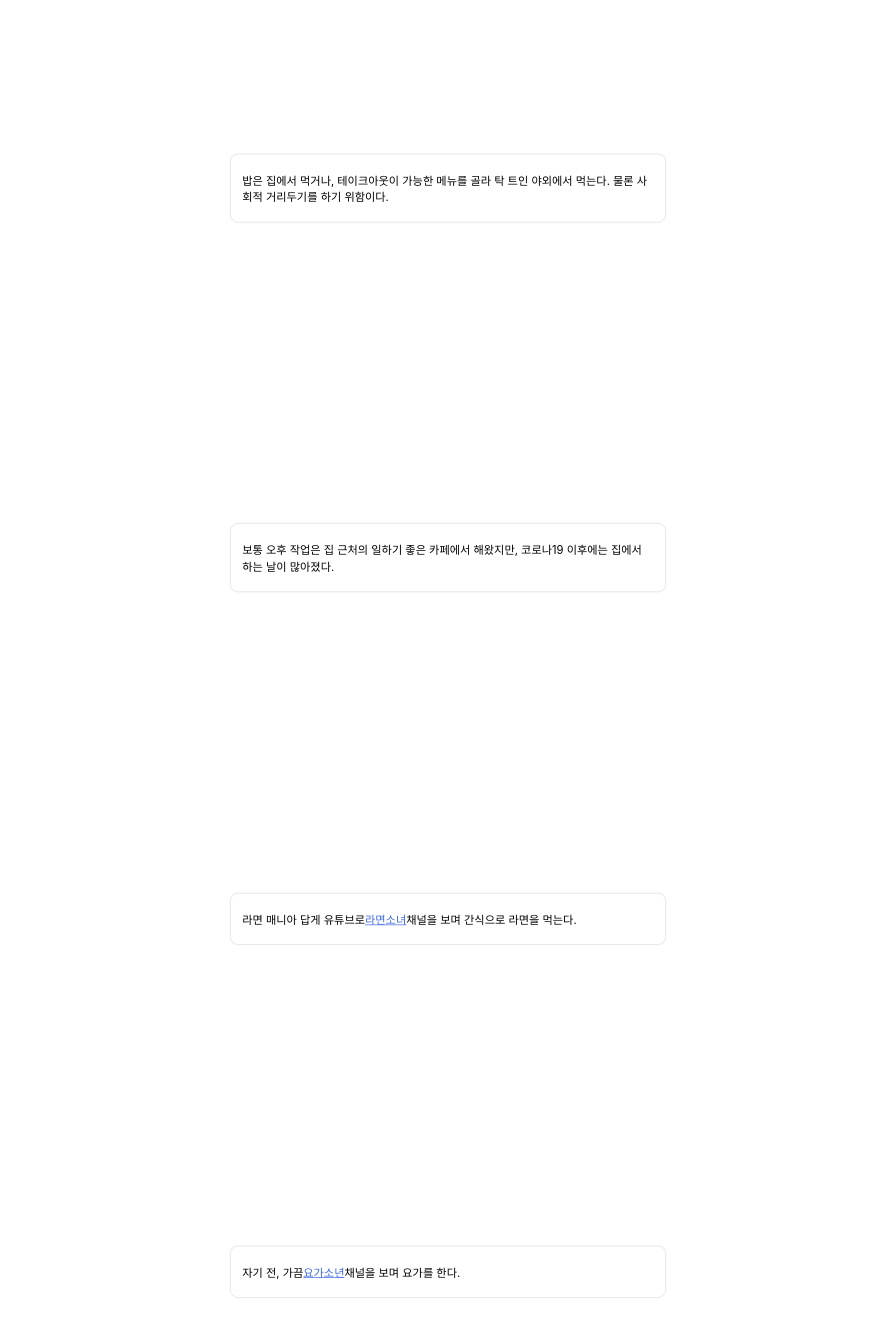
Repository: westone034626/ReactPractice
Page: /
The author's editor kept a copy of each file at every save. The page is drawn from the files as they stood at one save, then again after a run of saves.
The browser window is 1280 px wide. The pictures show the part of the page from y = 3404 to 5324 px (the page is 6694 px tall before and 6714 px after), at 70% of full size.
The project was rebuilt for these pictures with package versions that can differ from the ones it lists, and the page was loaded fresh each time. Also part of the build but not shown: src/App.css.

Above is the page before, as saved 2021-10-31 23:43:23.

After the next 2 saves:
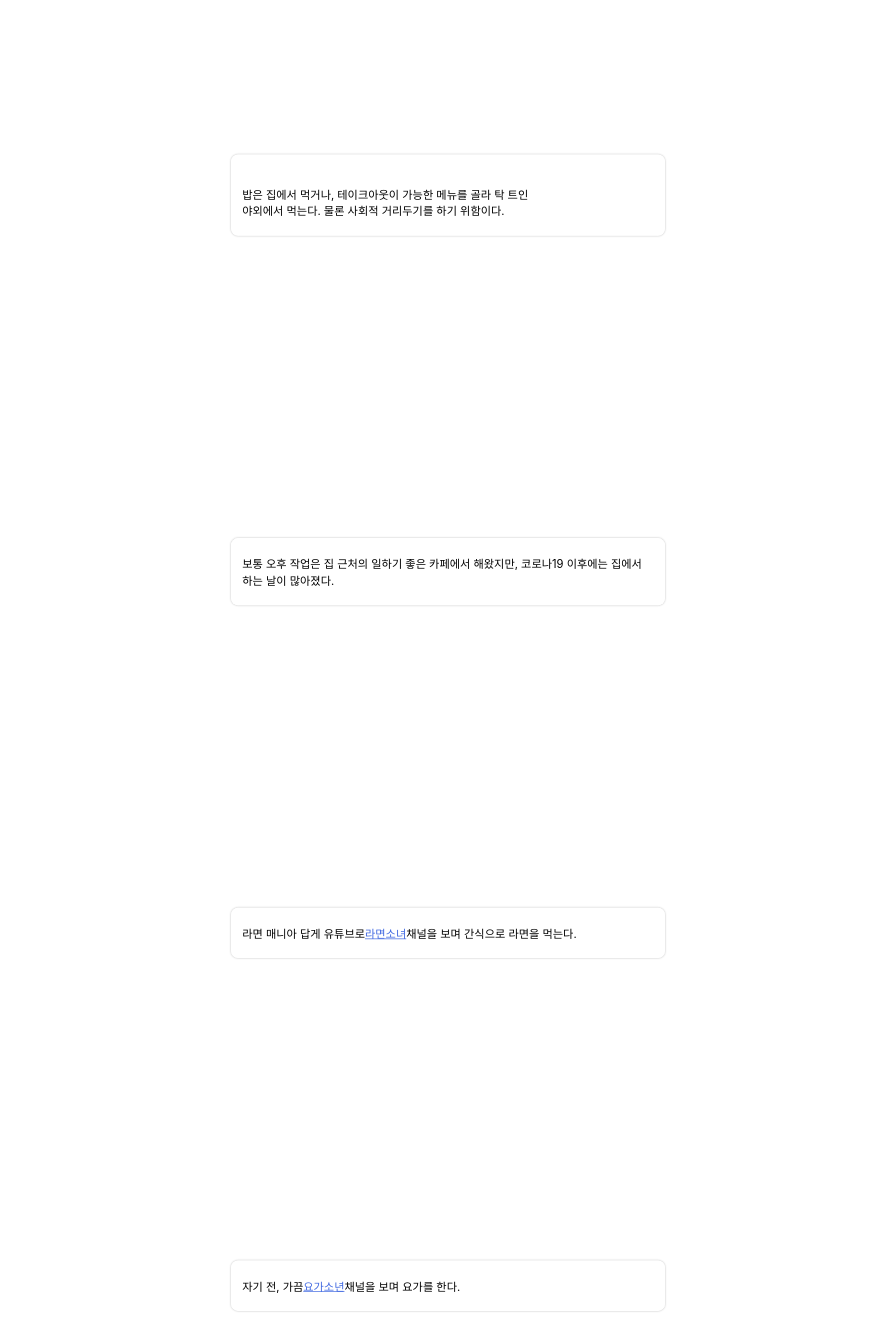
The 2 saves are shown as one change because they came seconds apart.
The last was saved 38 s later.
--- a/src/App.js
+++ b/src/App.js
@@ -85,19 +85,23 @@ function App() {
             </p>
           </div>
           <div className={styles.step}>
-            <p>맞다, 트위터의 걔.</p>
+            <p style={{ whiteSpace: 'pre-line' }}>{`맞다, 트위터의 걔.`}</p>
           </div>
           <div className={styles.step}>
-            <p>운동을 마치고 집에 돌아와 작업을 시작한다.</p>
+            <p
+              style={{ whiteSpace: 'pre-line' }}
+            >{`운동을 마치고 집에 돌아와 작업을 시작한다.`}</p>
           </div>
           <div className={styles.step}>
-            <p>
+            <p style={{ whiteSpace: 'pre-line' }}>
+              {`
               밥은 집에서 먹거나, 테이크아웃이 가능한 메뉴를 골라 탁 트인
               야외에서 먹는다. 물론 사회적 거리두기를 하기 위함이다.
+          `}
             </p>
           </div>
           <div className={styles.step}>
-            <p>
+            <p style={{ whiteSpace: 'pre-line' }}>
               보통 오후 작업은 집 근처의 일하기 좋은 카페에서 해왔지만, 코로나19
               이후에는 집에서 하는 날이 많아졌다.
             </p>
